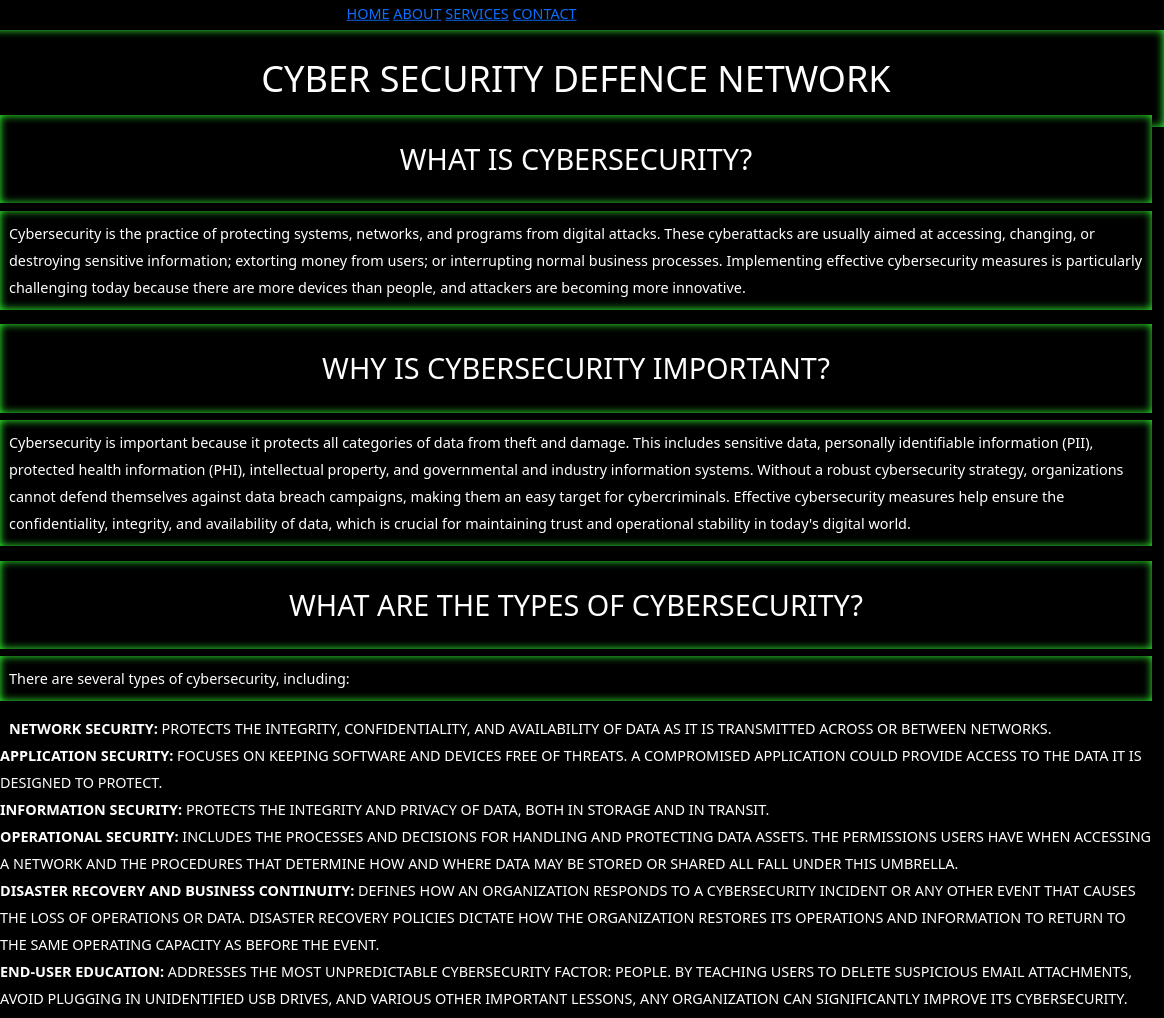
Repository: newworldhost/nwh
Page: index.html
An editor plug-in stored every save of this project. The page is shown before and after the next save, followed by the edit.
The browser window is 1280 px wide. The page is 1293 px wide, so the pictures cover 1293 px, including what lies to the right of the window. The pictures show the whole page, at 90% of full size.

Above is the page before, as saved 2025-03-04 15:59:45.

After the next save:
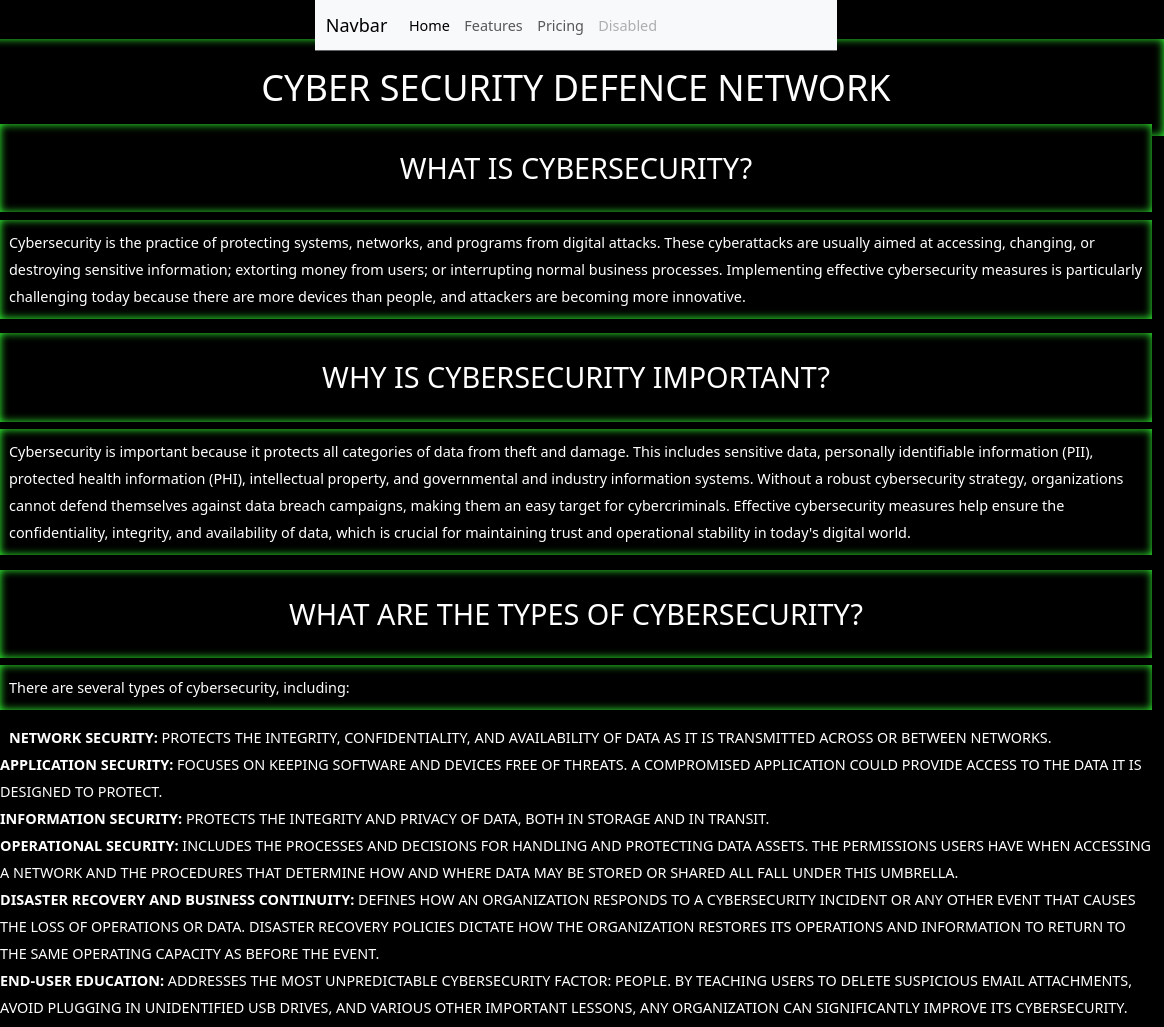
Saved 102 s later.
--- a/index.html
+++ b/index.html
@@ -13,14 +13,22 @@
 </head>
 <body>
     <header>
-        <nav>
-            <ol>
-                <li><a href="index.html">Home</a></li>
-                <li><a href="about.html">About</a></li>
-                <li><a href="services.html">Services</a></li>
-                <li><a href="contact.html">Contact</a></li>
-            </ol>
-        </nav>
+        <nav class="navbar navbar-expand-lg bg-body-tertiary">
+            <div class="container-fluid">
+              <a class="navbar-brand" href="#">Navbar</a>
+              <button class="navbar-toggler" type="button" data-bs-toggle="collapse" data-bs-target="#navbarNavAltMarkup" aria-controls="navbarNavAltMarkup" aria-expanded="false" aria-label="Toggle navigation">
+                <span class="navbar-toggler-icon"></span>
+              </button>
+              <div class="collapse navbar-collapse" id="navbarNavAltMarkup">
+                <div class="navbar-nav">
+                  <a class="nav-link active" aria-current="page" href="#">Home</a>
+                  <a class="nav-link" href="#">Features</a>
+                  <a class="nav-link" href="#">Pricing</a>
+                  <a class="nav-link disabled" aria-disabled="true">Disabled</a>
+                </div>
+              </div>
+            </div>
+          </nav>
     <h1>cyber security defence network</h1>
 
     <h2>What is cybersecurity?</h2>
